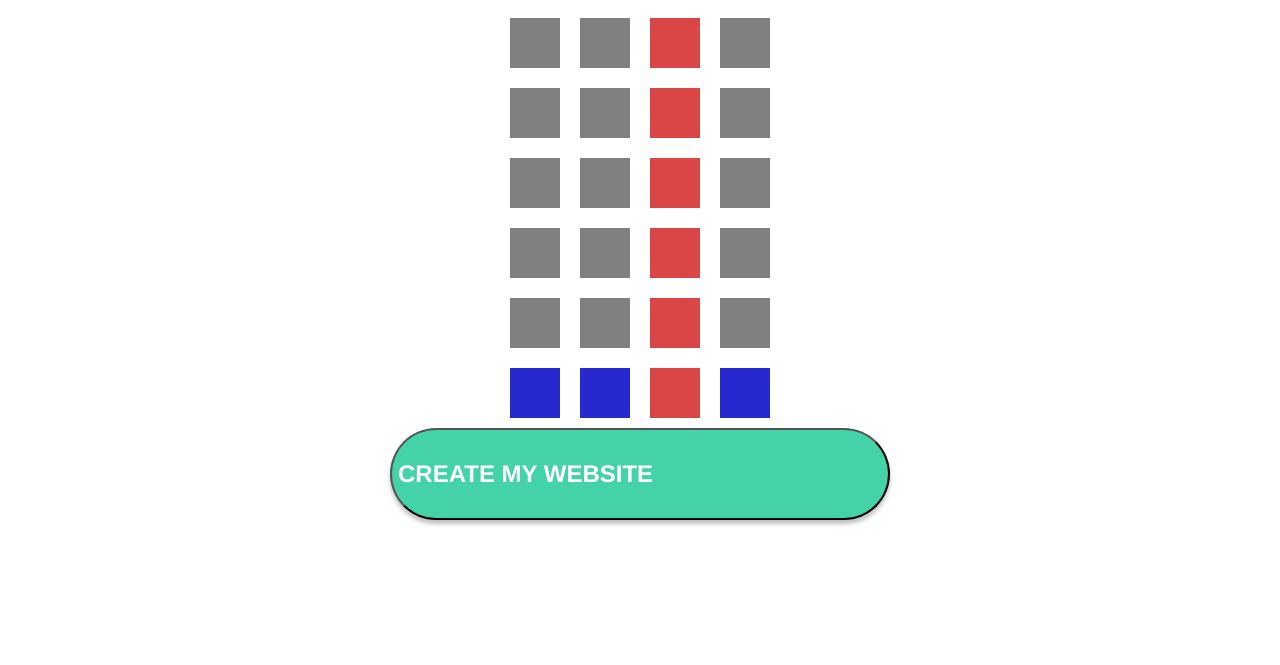
Repository: batonAnton/Hw-Lec-8
Page: index.html
An editor plug-in stored every save of this project. The page is shown before and after the next save, followed by the edit.
The browser window is 1280 px wide. The pictures show the whole page.

Above is the page before, as saved 2022-06-24 11:57:40.

### index.html
<!DOCTYPE html>
<html lang="en">
<head>
    <meta charset="UTF-8">
    <meta http-equiv="X-UA-Compatible" content="IE=edge">
    <meta name="viewport" content="width=device-width, initial-scale=1.0">
    <link rel="stylesheet" href="./css/style.css">
    <title>PseudoClass</title>
</head>
<body>
    <div class="allblock">
        <div class="row">
            <div class="block"></div>
            <div class="block"></div>
            <div class="block"></div>
            <div class="block"></div>
        </div>

        <div class="row">
            <div class="block"></div>
            <div class="block"></div>
            <div class="block"></div>
            <div class="block"></div>
        </div>

        <div class="row">
            <div class="block"></div>
            <div class="block"></div>
            <div class="block"></div>
            <div class="block"></div>
        </div>

        <div class="row">
            <div class="block"></div>
            <div class="block"></div>
            <div class="block"></div>
            <div class="block"></div>
        </div>

        <div class="row">
            <div class="block"></div>
            <div class="block"></div>
            <div class="block"></div>
            <div class="block"></div>
        </div>

        <div class="row row-last">
            <div class="block"></div>
            <div class="block"></div>
            <div class="block"></div>
            <div class="block"></div>
        </div>

    </div>

    <div class="section">
        <button>CREATE MY WEBSITE</button>
    </div>
</body>
</html>

### css/style.css
*{
    width: 100%;
    margin-left: auto;
    margin-right: auto;
}

.row{
    display: flex;
    justify-content: center;

}

.block{
    width: 50px;
    height: 50px;
    background-color: gray;
    margin: 10px;
}

 .block:nth-child(3){
    background-color: rgb(218, 69, 69);
}

.row-last .block:nth-child(1), .row-last .block:nth-child(2), .row-last .block:nth-child(4){
    background-color: rgb(40, 40, 207);
}


button{

width: 500px;
height: 92px;
font-family: 'Helvetica';
font-style: normal;
font-weight: 700;
font-size: 24px;
line-height: 28px;
display: flex;
align-items: center;
text-align: center;
background-color: #44D3A8;
box-shadow: 0px 4px 4px rgba(0, 0, 0, 0.25);
border-radius: 100px;
color: #FFFFFF;

}

After the next save:
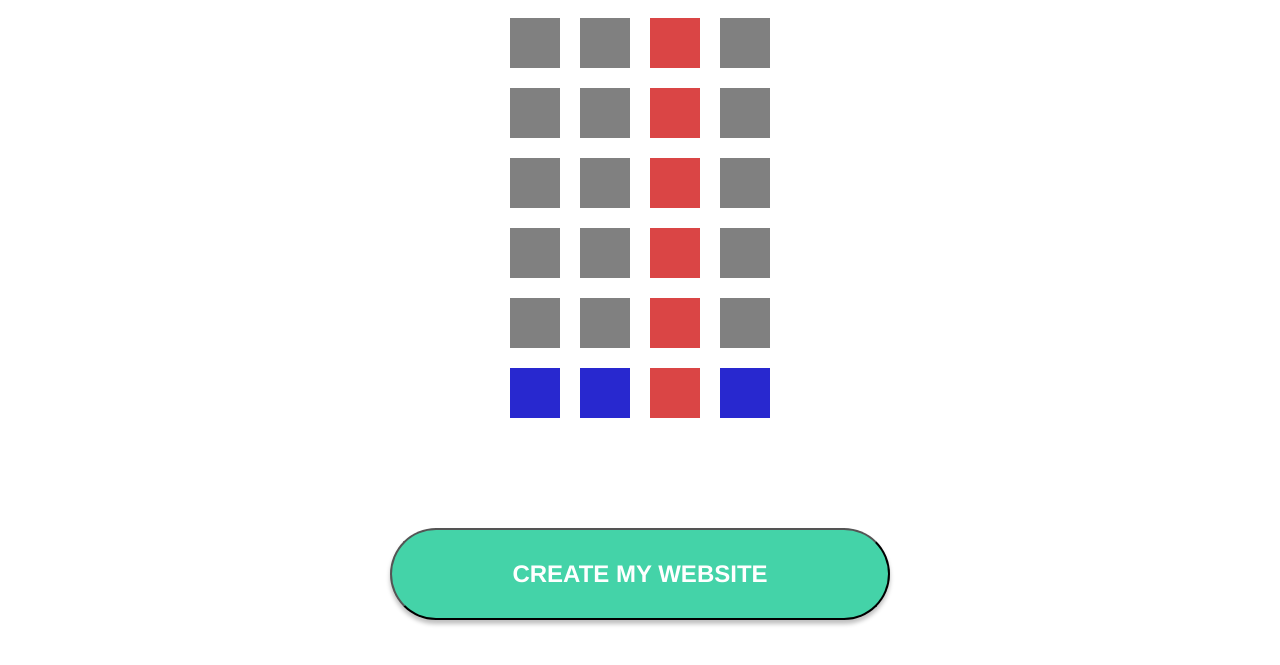
Saved 2 min 37 s later.
--- a/css/style.css
+++ b/css/style.css
@@ -27,7 +27,7 @@
 
 
 button{
-
+margin-top: 100px ;
 width: 500px;
 height: 92px;
 font-family: 'Helvetica';
@@ -36,6 +36,7 @@ font-weight: 700;
 font-size: 24px;
 line-height: 28px;
 display: flex;
+justify-content: center;
 align-items: center;
 text-align: center;
 background-color: #44D3A8;
@@ -44,3 +45,8 @@ border-radius: 100px;
 color: #FFFFFF;
 
 }
+
+button:before{
+    content: "";
+
+}
